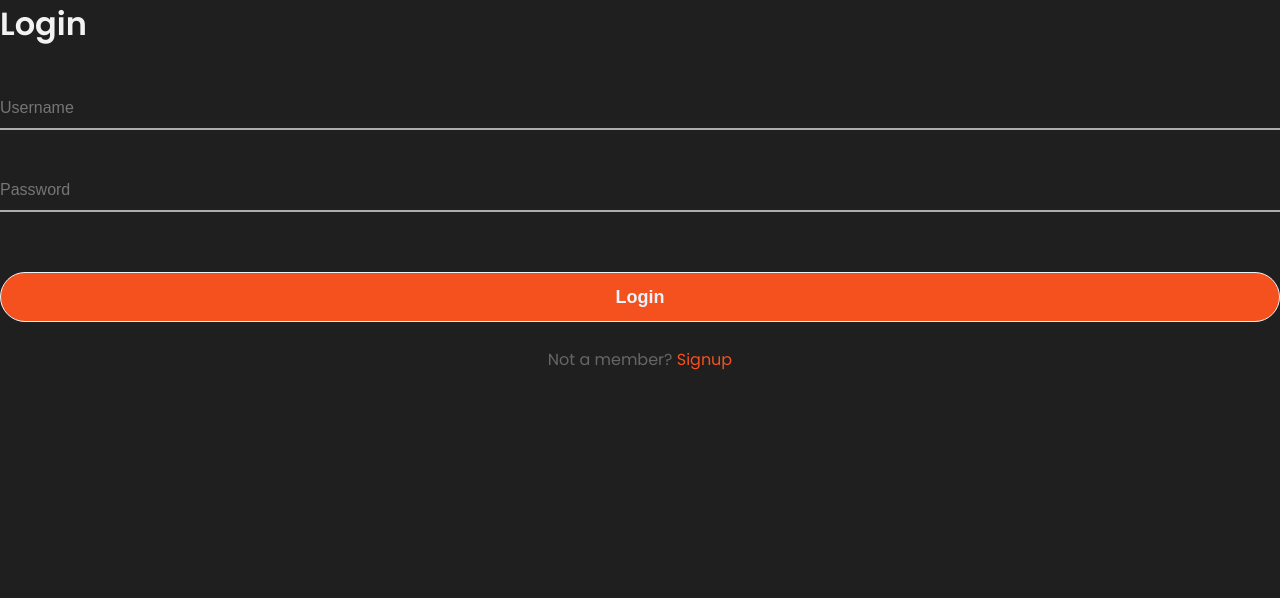
Repository: long5122000/Shopc
Page: login.html
An editor plug-in stored every save of this project. The page is shown before and after the next save, followed by the edit.
The browser window is 1280 px wide. The pictures show the whole page.
The style sheet was rebuilt from its Sass, Less or Tailwind sources for each picture, by a compiler version that may differ from the author's.

Above is the page before, as saved 2021-11-30 20:57:04.

### login.html
<!DOCTYPE html>
<html lang="en">
  <head>
    <meta charset="UTF-8" />
    <meta http-equiv="X-UA-Compatible" content="IE=edge" />
    <meta name="viewport" content="width=device-width, initial-scale=1.0" />
    <title>Document</title>
    <link rel="stylesheet" href="./css/app.css" />
  </head>
  <body>
    <div class="container-ds">
      <h1>Login</h1>
      <form>
        <div class="form-control">
          <input type="text" id="username" placeholder="Username" />
          <span></span>
          <small></small>
        </div>

        <div class="form-control">
          <input type="password" id="password" placeholder="Password" />
          <span></span>
          <small></small>
        </div>

        <input type="submit" value="Login" />
        <div class="signup_link">
          Not a member? <a href="./register.html">Signup</a>
        </div>
      </form>
    </div>
  </body>
</html>

### sass/app.scss
@import "variables";
@import "reset";
@import "mixin";
@import "base";
@import "header";
@import "cart";
@import "search";
@import "info";
@import "home";
@import "category";
@import "about";
@import "hot";
@import "discount";
@import "new";
@import "newsletter";
@import "footer";
@import "modal";
@import "scroll";
@import "register";
@import "breakpoints";

### sass/_variables.scss
@import url("https://fonts.googleapis.com/css2?family=Poppins:wght@400;500;600;900&display=swap");
:root {
  --header-height: 3.5rem;
  /* Colors */
  --hue: 14;
  --first-color: hsl(var(--hue), 91%, 54%);
  --menu-color: hsl(31, 76%, 74%);
  --button-color: hsl(0, 0%, 24%);
  --button-color-alt: hsl(0, 0%, 28%);
  --title-color: hsl(0, 0%, 95%);
  --text-color: hsl(0, 0%, 75%);
  --body-color: hsl(0, 0%, 12%);
  --container-color: hsl(0, 0%, 16%);
  --border-color: hsl(0, 0%, 20%);
  --border-color: hsl(0, 0%, 94%);
  --dark1: #3e363f;
  --dark2: #212527;
  --light1: #fffce8;
  --light2: #edf7f6;
  --red: #df4747;
  --green: #47df5b;
  --transition250: all 250ms ease-in-out;
  --transition500: all 500ms ease-in-out;
  /* Font and typography */
  --body-font: "Poppins", sans-serif;
  --biggest-font-size: 2rem;
  --h1-font-size: 1.5rem;
  --h2-font-size: 1.25rem;
  --h3-font-size: 1rem;
  --normal-font-size: 0.938rem;
  --small-font-size: 0.813rem;
  /* font weight */
  --font-medium: 500;
  --font-semi-bold: 600;
  --font-black: 900;
  /* margenes bottom */
  --mb-0-25: 0.25rem;
  --mb-0-5: 0.5rem;
  --mb-0-75: 0.75rem;
  --mb-1: 1rem;
  --mb-1-5: 1.5rem;
  --mb-2: 2rem;
  --mb-2-5: 2.5rem;
  /* z-index */
  --z-tooltip: 10;
  --z-fixed: 100;

  @media screen and (min-width: 992px) {
    --biggest-font-size: 4rem;
    --h1-font-size: 2.25rem;
    --h2-font-size: 1.5rem;
    --h3-font-size: 1.25rem;
    --normal-font-size: 1rem;
    --small-font-size: 0.875rem;
    --smaller-font-size: 0.813rem;
  }
}

/*=============== GOOGLE FONTS ===============*/

### sass/_reset.scss
html {
  box-sizing: border-box;
}
* {
  margin: 0;
  padding: 0;
}
*,
*:before,
*:after {
  box-sizing: border-box;
}
input,
textarea,
select,
button {
  outline: none;
  border: none;
}
input {
  line-height: normal;
}
label,
button {
  cursor: pointer;
}
a {
  text-decoration: none;
}
img {
  display: block;
  max-width: 100%;
}

### sass/_mixin.scss
@mixin flex(
  $align: flex-start,
  $justify: flex-start,
  $wrap: nowrap,
  $dir: row
) {
  display: flex;
  justify-content: $justify;
  align-items: $align;
  flex-wrap: $wrap;
  flex-direction: $dir;
}
@mixin maxw($breakpoint) {
  @media screen and (max-width: $breakpoint) {
    @content;
  }
}
@mixin minw($breakpoint) {
  @media screen and (min-width: $breakpoint) {
    @content;
  }
}
@mixin center {
  display: flex;
  justify-content: center;
  align-items: center;
}

### sass/_base.scss
* {
  box-sizing: border-box;
  padding: 0;
  margin: 0;
}
html {
  scroll-behavior: smooth;
}
body {
  margin: var(--header-height) 0 0 0;
  font-family: var(--body-font);
  font-size: var(--normal-font-size);
  background: var(--body-color);
  color: var(--text-color);
}
h1,
h2,
h3,
h4 {
  color: var(--title-color);
  font-weight: var(--font-semi-bold);
}
ul {
  list-style: none;
}
.section {
  padding: 4.5rem 0 2rem;
}
.section__title {
  font-size: var(--h2-font-size);
  margin-bottom: var(--mb2);
  text-align: center;
}
.container {
  max-width: 1240px;
  margin-left: var(--mb-1-5);
  margin-right: var(--mb-1-5);
}
.grid {
  display: grid;
}
.main {
  overflow: hidden;
}
::-webkit-scrollbar {
  width: 0.6rem;
  background: #413e3e;
}
::-webkit-scrollbar-thumb {
  background: #272525;
  border-radius: 0.5rem;
}
.button {
  display: inline-block;
  background-color: var(--first-color);
  color: var(--title-color);
  padding: 1rem 1.75rem;
  border-radius: 0.5rem;
  font-weight: var(--font-medium);
  transition: 0.3s;
  &:hover {
    background-color: var(--first-color-alt);
  }
  &--ghost {
    border: 2px solid;
    background-color: transparent;
    border-radius: 3rem;
    padding: 0.75rem 1.5rem;
    &:hover {
      background: none;
    }
  }
  &__icon {
    font-size: 1.25rem;
  }
  &--link {
    color: var(--title-color);
  }
  &--flex {
    display: inline-flex;
    align-items: center;
    column-gap: 0.5rem;
  }
}

### sass/_header.scss
.header {
  width: 100%;
  background: var(--body-color);
  position: fixed;
  top: 0;
  left: 0;
  z-index: var(--z-fixed);
}
.nav {
  height: var(--header-height);
  @include flex(center, space-between);
  &__logo {
    @include flex(center);
    column-gap: 0.5rem;
    font-weight: var(--font-medium);
    &-img {
      width: 1.25rem;
    }
  }
  &__link,
  &__logo,
  &__toggle,
  &__close {
    color: var(--title-color);
  }
  &__toggle {
    font-size: 1.25rem;
    cursor: pointer;
  }
  @include maxw(767px) {
    &__menu {
      position: fixed;
      width: 100%;
      background: var(--container-color);
      top: -150%;
      left: 0;
      padding: 3.5rem 0;
      transition: 0.4s;
      z-index: var(--z-fixed);
      border-radius: 0 0 1.5rem 1.5rem;
    }
  }
  &__img {
    width: 100px;
    position: absolute;
    top: 0;
    left: 0;
  }
  &__close {
    font-size: 1.8rem;
    position: absolute;
    top: 0.5rem;
    right: 0.7rem;
    cursor: pointer;
  }
  &__list {
    @include flex(center, flex-start, nowrap, column);
    row-gap: 1.5rem;
  }
  &__link {
    text-transform: uppercase;
    font-weight: var(--font-black);
    transition: 0.4;
    &:hover {
      color: var(--text-color);
    }
  }
  &__btns {
    display: flex;
    font-size: var(--h2-font-size);
    gap: 0 20px;
  }
  &__shop {
    font-size: 1.25rem;
    cursor: pointer;
  }
}

.show-menu {
  top: 0;
}

.active {
  &-link {
    position: relative;
    &::before {
      content: "";
      position: absolute;
      bottom: -0.75rem;
      left: 45%;
      width: 5px;
      height: 5px;
      background-color: var(--title-color);
      border-radius: 50%;
    }
  }
}

### sass/_cart.scss
/*=============== CART ===============*/
.cart {
  position: fixed;
  background-color: rgb(59, 59, 59);
  z-index: var(--z-fixed);
  width: 100%;
  height: 100%;
  top: 0;
  right: -100%;
  padding: 3.5rem 2rem;
  transition: 0.4s;
  overflow-y: scroll;

  &__title-center {
    font-size: var(--h2-font-size);
    text-align: center;
    margin-bottom: var(--mb-3);
  }

  &__close {
    font-size: 2rem;
    color: var(--title-color);
    position: absolute;
    top: 1.25rem;
    right: 0.9rem;
    cursor: pointer;
  }

  &__container {
    display: grid;
    row-gap: 1.5rem;
  }

  &__card {
    display: flex;
    align-items: center;
    column-gap: 1rem;
  }
  &__box {
    background-color: var(--container-color);
    padding: 0.75rem 1.25rem;
    border: 1px solid #5c5c5c;
  }
  &__img {
    width: 50px;
  }
  &__title {
    font-size: var(--normal-font-size);
    margin-bottom: 0.5rem;
  }
  &__price {
    display: block;
    font-size: var(--small-font-size);
    color: var(--menu-color);
    margin-bottom: var(--mb-1-5);
  }
  &__amount,
  &__amount-content {
    display: flex;
    align-items: center;
  }
  &__amount {
    column-gap: 3rem;

    &-content {
      column-gap: 1rem;
    }
    &-box {
      display: inline-flex;
      padding: 0.25rem;
      background-color: var(--container-color);
      border: 1px solid var(--border-color);
      cursor: pointer;
    }
    &-trash {
      font-size: 1.15rem;
      color: var(--menu-color);
      cursor: pointer;
    }
  }
  &__prices {
    margin-top: 6rem;
    display: flex;
    justify-content: space-between;

    &-item,
    &-total {
      color: var(--title-color);
    }
    &-item {
      font-size: var(--small-font-size);
    }
    &-total {
      font-size: var(--h3-font-size);
      font-weight: var(--font-medium);
    }
  }
  &::-webkit-scrollbar {
    display: none;
  }
}

/* Show cart */
.show-cart {
  right: 0;
}

### sass/_search.scss
.search-box {
  width: 1px;
  height: 30px;
  background-color: rgb(88, 88, 88);
  position: relative;

  transition: all 0.5s ease;
  border-radius: 15px;
}

.search-box.open {
  width: 220px;
}

.search-input {
  width: 100%;
  height: 100%;
  border: none;
  box-shadow: none;
  background: transparent;
  color: #fff;
  padding: 20px 20px;
  font-size: 20px;
}

.search-btn {
  color: rgba(191, 191, 191);
  outline: none;
  border: none;

  position: absolute;
  right: -0;
  top: 0;
  cursor: pointer;
  font-size: 25px;
  background-color: transparent;
}

### sass/_info.scss
.info {
  position: fixed;
  background-color: rgb(59, 59, 59);
  z-index: var(--z-fixed);
  width: 100%;
  height: 100%;
  top: 0;
  right: -100%;
  padding: 5.5rem 1rem;
  transition: 0.4s;
  overflow-y: scroll;
  &__close {
    font-size: 2rem;
    color: var(--title-color);
    position: absolute;
    top: 1.25rem;
    right: 0.9rem;
    cursor: pointer;
  }
}
.show-info {
  right: 0;
}

### sass/_home.scss
.home {
  &__content {
    row-gap: 1rem;
  }
  &__group {
    display: grid;
    position: relative;
    padding-top: 2rem;
  }
  &__image {
    height: 250px;
    justify-self: center;
  }
  &__indicator {
    width: 8px;
    height: 8px;
    background-color: var(--title-color);
    border-radius: 50%;
    position: absolute;
    top: 7rem;
    right: 2rem;
    &::after {
      content: "";
      position: absolute;
      width: 1px;
      height: 48px;
      background-color: var(--title-color);
      top: -3rem;
      right: 45%;
    }
  }
  &__details {
    &-img {
      position: absolute;
      right: 0.5rem;
    }
    &-title,
    &-subtitle {
      display: block;
      font-size: var(--small-font-size);
      text-align: right;
    }
  }
  &__subtitle {
    font-size: var(--h3-font-size);
    text-transform: uppercase;
    margin-bottom: var(--mb-1);
  }
  &__title {
    font-size: var(--biggest-font-size);
    font-weight: var(--font-black);
    line-height: 109%;
    margin-bottom: var(--mb-1);
  }
  &__description {
    margin-bottom: var(--mb-1);
  }
  &__buttons {
    @include flex(center, space-between);
  }
}

.swiper {
  &-pagination {
    position: initial;
    margin-top: var(--mb-1);
    &-bullet {
      width: 5px;
      height: 5px;
      background-color: var(--title-color);
      opacity: 1;
    }
  }
}
.swiper-pagination-horizontal.swiper-pagination-bullets .swiper-pagination-bullet {
  margin: 0 0.5rem;
}
.swiper-pagination-bullet-active {
  width: 1.5rem;
  height: 5px;
  border-radius: 0.5rem;
}

### sass/_category.scss
.category {
  &__container {
    grid-template-columns: repeat(2, 1fr);
    gap: 1rem 2rem;
  }
  &__data {
    text-align: center;
  }
  &__image {
    width: 120px;
    margin: 0 auto;
    transition: 0.3s;
  }
  &__title {
    margin-bottom: var(--mb-0-25);
  }
  &__data:hover {
    .category {
      &__image {
        transform: translateY(-0.5rem);
      }
    }
  }
}
.scroll {
  &-header {
    background: var(--container-color);
  }
}

### sass/_about.scss
.about {
  &__container {
    row-gap: 2rem;
  }
  &__data {
    text-align: center;
  }
  &__description {
    margin-bottom: var(--mb-2);
  }
  &__image {
    width: 200px;
    justify-self: center;
  }
}

### sass/_hot.scss
.hot {
  &__container {
    grid-template-columns: repeat(2, 1fr);
    gap: 1.5rem;
    padding: 1rem;
  }
  &__content {
    position: relative;
    background: var(--container-color);
    border-radius: 1rem;
    padding: 1.5rem 0 1rem 0;
    text-align: center;
    overflow: hidden;

    &:hover .hot__image {
      transform: translateY(-0.5rem);
    }
    &:hover .hot__button {
      right: 0;
    }
  }
  &__image {
    width: 90px;
    transition: 0.3s;
    margin: 0 auto;
  }
  &__subtitle,
  &__price {
    display: block;
  }
  &__subtitle {
    font-size: var(--smaller-font-size);
    margin-bottom: var(--mb-0-5);
  }
  &__title,
  &__price {
    color: var(--title-color);
    font-weight: var(--font-medium);
    font-size: var(--normal-font-size);
  }
  &__button {
    display: flex;
    flex-direction: column;
    gap: 5px 0;
    padding: 0.5rem;
    border-radius: 0.25rem 0.25rem 0.75rem 0.25rem;
    position: absolute;
    right: -3rem;
    bottom: 0;
  }
  &__icon {
    font-size: 1.25rem;
    color: var(--title-color);
    &--bt {
      border-bottom: 1px solid gray;
      padding-bottom: 4px;
    }
    &:hover {
      color: var(--first-color);
    }
  }
}

### sass/_discount.scss
.discount {
  &__container {
    background: var(--container-color);
    border-radius: 1rem;
    padding: 2.5rem 0 1.5rem;
    row-gap: 0.75rem;
  }
  &__data {
    text-align: center;
  }
  &__title {
    font-size: var(--h2-font-size);
    margin-bottom: var(--mb-2);
  }
  &__image {
    width: 200px;
    justify-self: center;
  }
}

### sass/_new.scss
.new {
  &__container {
    padding-top: 1rem;
  }
  &__image {
    width: 120px;
    height: 120px;
    transition: 0.3s;
    margin: 0 auto;
    margin-bottom: var(--mb-0-5);
  }
  &__content {
    position: relative;
    background: var(--container-color);
    width: 242px;
    padding: 2rem 0 1.5rem 0;
    border-radius: 0.75rem;
    text-align: center;
    overflow: hidden;

    &:hover .new__image {
      transform: translateY(-0.5rem);
    }
    &:hover .new__button {
      right: 0;
    }
  }
  &__tag {
    position: absolute;
    top: 8%;
    left: 8%;
    background-color: var(--first-color);
    color: var(--title-color);
    font-size: var(--small-font-size);
    padding: 0.25rem 0.5rem;
    border-radius: 0.25rem;
  }
  &__title {
    font-size: var(--normal-font-size);
    font-weight: var(--font-medium);
  }
  &__subtitle {
    display: block;
    font-size: (--small-font-size);
    margin-bottom: var(--mb-0-5);
  }
  &__prices {
    display: inline-flex;
    align-items: center;
    column-gap: 0.5rem;
  }
  &__price {
    font-weight: var(--font-medium);
    color: var(--title-color);
  }
  &__discount {
    color: var(--first-color);
    font-size: var(--small-font-size);
    text-decoration: line-through;
    font-weight: var(--font-medium);
  }
  &__button {
    display: flex;
    flex-direction: column;
    gap: 5px 0;
    padding: 0.5rem;
    border-radius: 0.25rem 0.25rem 0.75rem 0.25rem;
    position: absolute;
    bottom: 0;
    right: -3rem;
  }

  &__icon {
    font-size: 1.25rem;
    color: var(--title-color);
    &--bt {
      border-bottom: 1px solid gray;
      padding-bottom: 4px;
    }
    &:hover {
      color: var(--first-color);
    }
  }
}

### sass/_newsletter.scss
.newsletter {
  &__description {
    text-align: center;
    margin-bottom: var(--mb-1-5);
  }
  &__form {
    background: var(--container-color);
    padding: 1rem;
    @include flex(center, space-between);
    // display: flex;
    // justify-content: space-between;
    border-radius: 0.75rem;
  }
  &__input {
    width: 70%;
    padding: 0 0.5rem;
    background: none;
    color: var(--title-color);
    &::placeholder {
      color: var(--text-color);
    }
  }
}

### sass/_footer.scss
.footer {
  position: relative;
  overflow: hidden;
  &__image {
    &-one,
    &-two {
      position: absolute;
      transition: 0.3s;
      &:hover {
        transform: translateY(-0.5rem);
      }
    }
    &-one {
      width: 100px;
      top: 6rem;
      right: -2rem;
    }
    &-two {
      width: 150px;
      bottom: 4rem;
      right: 4rem;
    }
  }
  &__container {
    row-gap: 2rem;
  }
  &__logo {
    @include flex(center);
    column-gap: 0.5rem;
    margin-bottom: var(--mb-1);
    font-weight: var(--font-medium);
    color: var(--title-color);
    &-image {
      width: 20px;
    }
  }
  &__description {
    margin-bottom: var(--mb-2-5);
  }
  &__social {
    display: flex;
    column-gap: 0.75rem;
    &-link {
      display: inline-flex;
      background: var(--container-color);
      padding: 0.25rem;
      border-radius: 0.25rem;
      color: var(--title-color);
      font-size: 1rem;
      &:hover {
        background: var(--body-color);
      }
    }
  }
  &__title {
    font-size: var(--h3-font-size);
    margin-bottom: var(--mb-1);
  }
  &__links {
    display: grid;
    row-gap: 0.35rem;
  }
  &__link {
    font-size: var(--small-font-size);
    color: var(--text-color);
    transition: 0.3s;
    &:hover {
      color: var(--title-color);
    }
  }
  &__copy {
    display: block;
    text-align: center;
    font-size: var(--smaller-font-size);
    margin-top: 4.5rem;
  }
}

### sass/_modal.scss
.modal {
  position: fixed;
  top: 0;
  height: 100%;
  width: 100%;
  background: var(--container-color);
  transition: var(--transition250);
  opacity: 0;
  visibility: hidden;
  z-index: 100;
  border-radius: 8px;
  &__main {
    display: grid;
    grid-template-columns: 1fr;
    padding: 0 10px;
  }
  &__image {
    height: 100%;
    width: 100%;
    margin-top: var(--mb-2-5);
  }
  &__title {
    font-size: var(--h1-font-size);
    text-align: center;
    margin-top: var(--mb-2);
    margin-bottom: var(--mb-1-5);
  }
  &__desc {
    margin-bottom: var(--mb-1-5);
  }
  &__price {
    font-size: var(--h2-font-size);
    color: var(--first-color);
    margin-bottom: var(--mb-1-5);
  }
  &__button {
    text-align: center;
  }
  &__close {
    position: absolute;
    right: 5px;
    top: 5px;
    font-size: 2.5rem;
  }
}
.show-modal {
  opacity: 1;
  visibility: unset;
}

### sass/_scroll.scss
.scrollup {
  position: fixed;
  background: var(--first-color);
  right: 1rem;
  bottom: -20%;
  display: inline-flex;
  padding: 0.3rem;
  border-radius: 0.25rem;
  z-index: var(--z-tooltip);
  opacity: 0.8;
  transition: 0.4s;
  &:hover {
    background: var(--container-color);
    opacity: 1;
  }
  &__icon {
    font-size: 1.2rem;
    color: var(--title-color);
  }
}
.show-scroll {
  bottom: 3rem;
}

### sass/_register.scss
.container {
  position: absolute;
  top: 50%;
  left: 50%;
  transform: translate(-50%, -50%);
  width: 400px;
  background: white;
  border-radius: 10px;
  box-shadow: 0px 0px 15px rgba(0, 0, 0, 0.05);
}

.container h1 {
  text-align: center;
  padding-top: 20px;
  color: var(--first-color);
}

.container form {
  padding: 0 40px;
}

form .form-control {
  position: relative;
  border-bottom: 2px solid #adadad;
  margin: 40px 0;
}

.form-control.success {
  border-bottom-color: var(--first-color);
}

.form-control.error {
  border-bottom-color: #e74c3c;
}

.form-control input {
  width: 100%;
  height: 40px;
  font-size: 16px;
  border: none;
  background: none;
  outline: none;
}

small {
  position: absolute;
  left: 0;
  top: 100%;
  margin-top: 3px;
  color: #e74c3c;
}

.form-control span::before {
  content: "";
  position: absolute;
  top: 40px;
  left: 0;
  width: 0%;
  height: 2px;
  background: var(--first-color);
  transition: 0.3s;
}

.form-control input:focus ~ span::before {
  width: 100%;
}

input[type="submit"] {
  margin-top: 20px;
  width: 100%;
  height: 50px;
  border: 1px solid;
  background: var(--first-color);
  border-radius: 25px;
  font-size: 18px;
  color: #e9f4fb;
  font-weight: 700;
  cursor: pointer;
  outline: none;
  transition: 0.5s;
}

input[type="submit"]:hover {
  background-color: #fc7b6d;
}

.signup_link {
  margin: 25px 0;
  text-align: center;
  font-size: 16px;
  color: #666666;
}

.signup_link a {
  color: var(--first-color);
  text-decoration: none;
}

.signup_link a:hover {
  text-decoration: underline;
}

### sass/_breakpoints.scss
@include maxw(320px) {
  .container {
    margin-left: var(--mb-1);
    margin-right: var(--mb-1);
  }
  .home {
    &__image {
      height: 200px;
    }
    &__buttons {
      flex-direction: column;
      width: max-content;
      row-gap: 1rem;
    }
  }
  .category,
  .hot {
    &__container {
      grid-template-columns: 0.8fr;
      justify-content: center;
    }
  }
  .modal {
    &__title {
      margin-top: unset;
      margin-bottom: unset;
    }
    &__price {
      margin-bottom: var(--mb-1);
    }
  }
}

@include minw(576px) {
  .about {
    &__container {
      grid-template-columns: 0.8fr;
      justify-content: center;
    }
  }
  .newsletter {
    &__container {
      display: grid;
      grid-template-columns: 0.7fr;
      justify-content: center;
    }
    &__description {
      padding: 0 3rem;
    }
  }
}

@include minw(767px) {
  body {
    margin: 0;
  }
  .section {
    padding: 7rem 0 2rem;
  }
  .nav {
    height: calc(var(--header-height) + 1.5rem);
    &__img,
    &__close,
    &__toggle {
      display: none;
    }
    &__list {
      flex-direction: row;
      column-gap: 3rem;
    }
    &__link {
      text-transform: initial;
      font-weight: initial;
    }
  }
  .info,
  .cart {
    width: 420px;
    box-shadow: -2px 0 4px hsla(0, 0%, 15%, 0.1);
  }

  .home {
    &__content {
      padding: 8rem 0 2rem;
      grid-template-columns: repeat(2, 1fr);
      gap: 4rem;
    }
    &__image {
      height: 300px;
    }
  }
  .swiper {
    &-pagination {
      margin-top: var(--mb-2);
    }
  }
  .category {
    &__container {
      grid-template-columns: repeat(3, 200px);
      justify-content: center;
    }
    &__image {
      height: 200px;
    }
  }

  .about {
    &__container {
      grid-template-columns: repeat(2, 1fr);
      align-items: center;
    }
    &__title,
    &__data {
      text-align: initial;
    }
    &__image {
      width: 350px;
    }
  }
  .hot {
    &__container {
      grid-template-columns: repeat(3, 1fr);
      justify-content: center;
      gap: 2rem;
    }
  }
  .discount {
    &__container {
      grid-template-columns: repeat(2, max-content);
      justify-content: center;
      align-items: center;
      column-gap: 3rem;
      padding: 3rem 0;
      border-radius: 3rem;
    }
    &__image {
      width: 350px;
      order: -1;
    }
    &__data {
      padding-right: 6rem;
    }
  }
  .newsletter {
    &__container {
      grid-template-columns: 0.5fr;
    }
  }
  .new {
    &__image {
      height: 150px;
      width: 150px;
    }
  }
  .footer {
    &__container {
      grid-template-columns: repeat(4, 1fr);
      justify-content: center;
      column-gap: 1rem;
    }
    &__image {
      &-two {
        right: initial;
        bottom: 0;
        left: 15%;
      }
    }
  }
  .modal {
    width: 100%;
    height: 100%;

    &__main {
      position: absolute;
      top: 50%;
      transform: translateY(-50%);
    }
    &__image {
      padding: 0 50px;
      img {
        height: 300px;
        transform: translateX(25%);
      }
    }
  }
}

@include minw(992px) {
  .container {
    margin-left: auto;
    margin-right: auto;
  }
  .section {
    &__title {
      font-size: var(--h1-font-size);
      margin-bottom: 3rem;
    }
  }
  .home {
    &__content {
      padding-top: 9rem;
      gap: 3rem;
    }
    &__group {
      padding-top: 0;
    }
    &__image {
      height: 400px;
      transform: translateY(-3rem);
    }
    &__indicator {
      top: initial;
      right: initial;
      bottom: 15%;
      left: 45%;
      &::after {
        top: 0;
        height: 75px;
      }
    }
    &__details {
      &-img {
        bottom: 0;
        right: 58%;
      }
    }
    &__title {
      margin-bottom: var(--mb-1-5);
    }
    &__description {
      margin-bottom: var(--mb-2-5);
      padding-right: 2rem;
    }
  }
  .category {
    &__container {
      column-gap: 8rem;
    }
    &__image {
      width: 200px;
      margin-bottom: 20px;
    }
  }

  .about {
    &__container {
      column-gap: 7rem;
    }
    &__image {
      width: 450px;
    }
    &__description {
      padding-right: 2rem;
    }
  }
  .hot {
    &__container {
      gap: 3.5rem;
    }
    &__content {
      border-radius: 1.5rem;
    }
    &__image {
      width: 110px;
    }
    &__title {
      font-size: var(--h3-font-size);
    }
  }
  .discount {
    &__container {
      column-gap: 7rem;
    }
  }
  .new {
    &__content {
      width: 310px;
      border-radius: 1rem;
      padding: 2rem 0;
    }
    &__image {
      width: 150px;
      height: 150px;
    }
    &__image,
    &__subtitle {
      margin-bottom: var(--mb-1);
    }
    &__title {
      font-size: var(--h3-font-size);
    }
  }
  .footer {
    &__copy {
      margin-top: 6rem;
    }
  }
  .modal {
    &__main {
      grid-template-columns: 1fr 1fr;
    }
    &__image {
      padding: 0 50px;
      img {
        height: 300px;
        transform: unset;
      }
    }
  }
}
@include minw(1200px) {
  .home {
    &__image {
      height: 420px;
    }
  }
  .swiper {
    &-pagination {
      margin-top: var(--mb-2-5);
    }
  }
  .new {
    &__image {
      width: 150px;
      height: 150px;
    }
  }
  .footer {
    &__image {
      &-one {
        width: 120px;
      }
      &-two {
        width: 180px;
        top: 30%;
        left: -3%;
      }
    }
  }
  .modal {
    &__main {
      grid-template-columns: 1fr 1fr;
      left: 50%;
      top: 50%;
      transform: translate(-50%, -50%);
    }
    &__image {
      padding: 0 50px;
      img {
        height: 300px;
        transform: unset;
      }
    }
  }
}

After the next save:
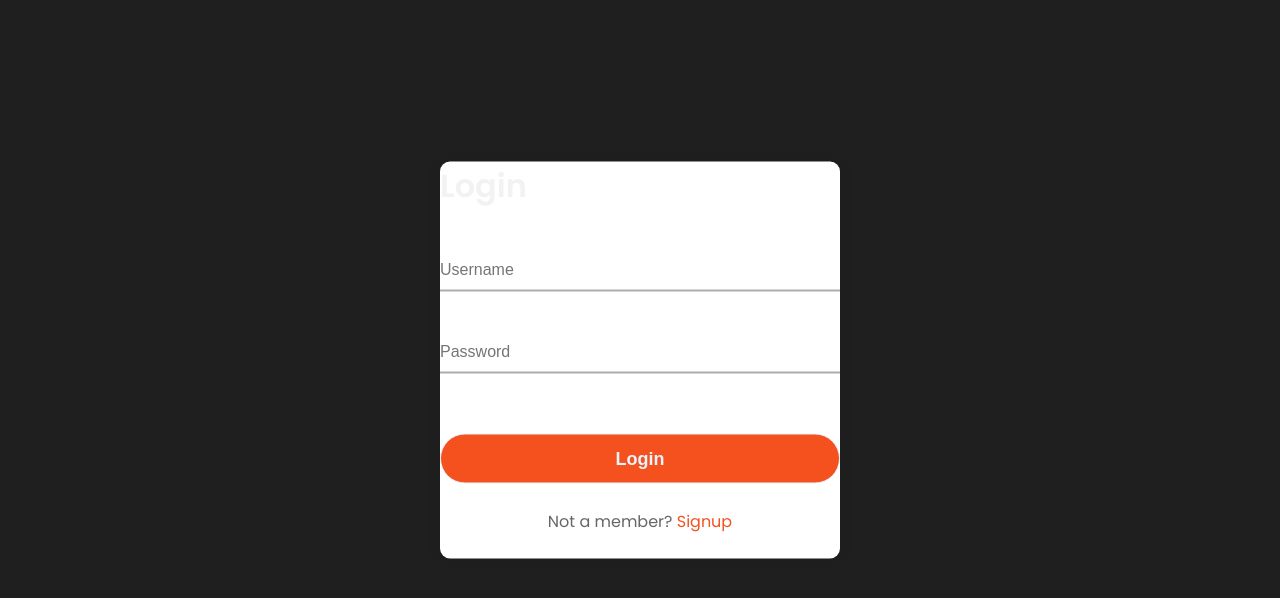
Saved 10 s later.
--- a/sass/_register.scss
+++ b/sass/_register.scss
@@ -1,4 +1,4 @@
-.container {
+.container-ds {
   position: absolute;
   top: 50%;
   left: 50%;
